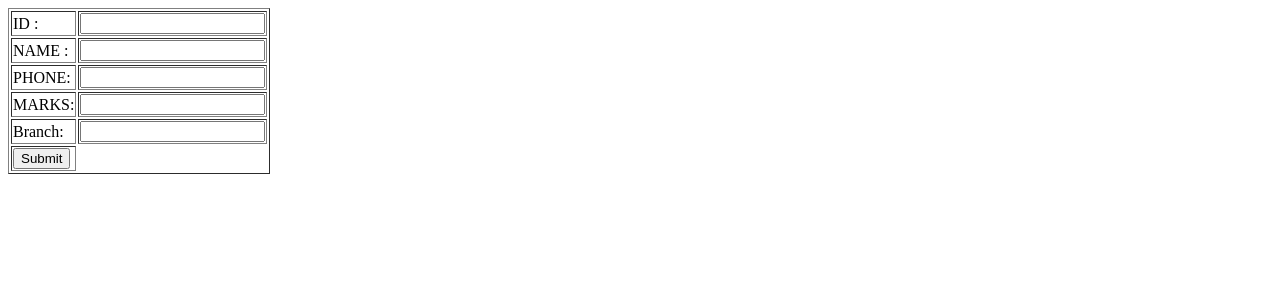
Repository: MayuriShinde124/Mayuri_20136571
Page: Question2StudentRegistrationPage/src/main/webapp/Registration.html
An editor plug-in stored every save of this project. The page is shown before and after the next save, followed by the edit.
The browser window is 1280 px wide. The pictures show the whole page.

Above is the page before, as saved 2023-07-11 07:33:51.

After the next save:
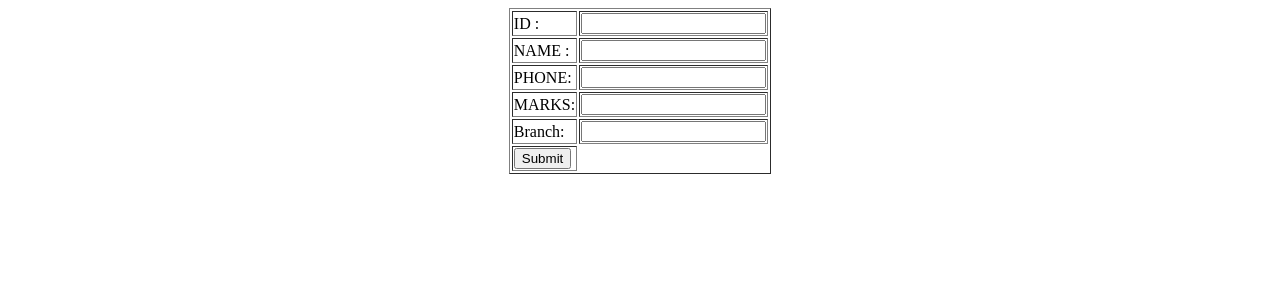
Saved 75 s later.
--- a/Question2StudentRegistrationPage/src/main/webapp/Registration.html
+++ b/Question2StudentRegistrationPage/src/main/webapp/Registration.html
@@ -8,7 +8,8 @@
 <body>
 
 <form action="Register">
-<table border="1">
+<table border="1" style="margin-left: auto;
+  margin-right: auto;">
 <tr>
 <td>
 ID :
